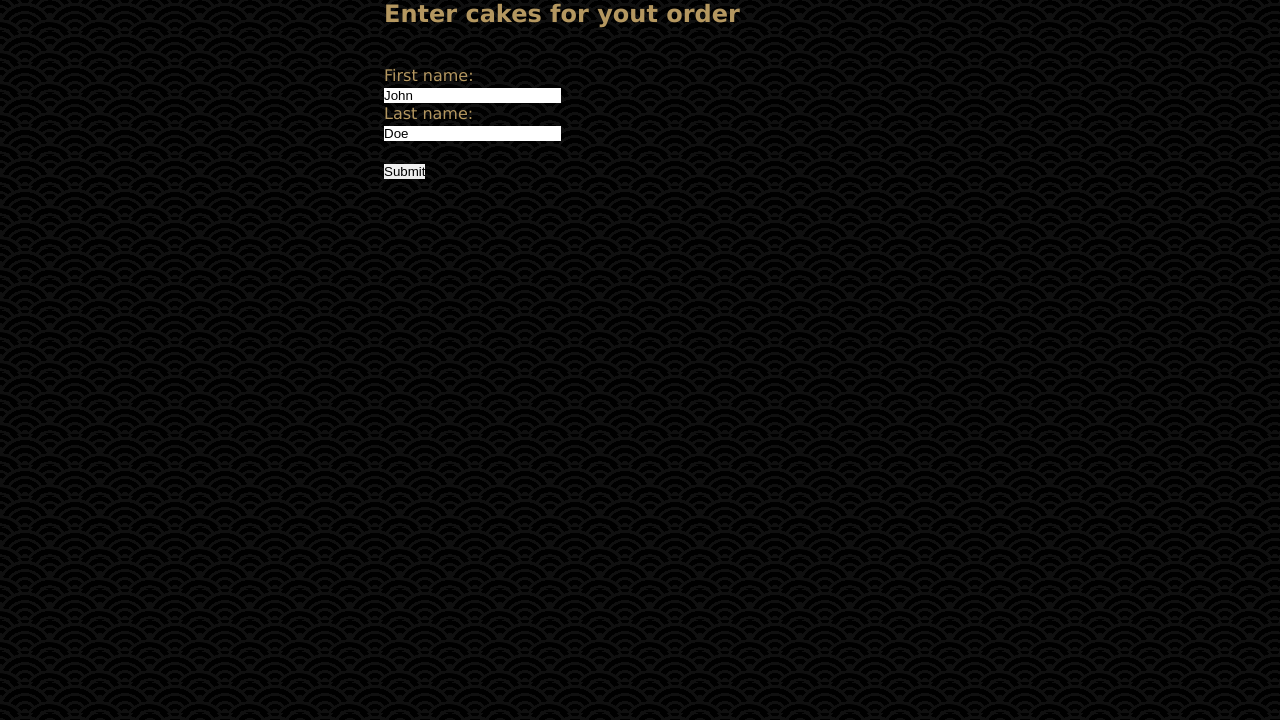
Repository: roge64/htmlfrontend
Page: orders.html
These files come from the project's save history. The page is drawn as it stood at one moment and after the next save; the edit follows.
The browser window is 1280 px wide. The pictures show the whole page.

Above is the page before, as saved 2022-03-04 14:59:54.

After the next save:
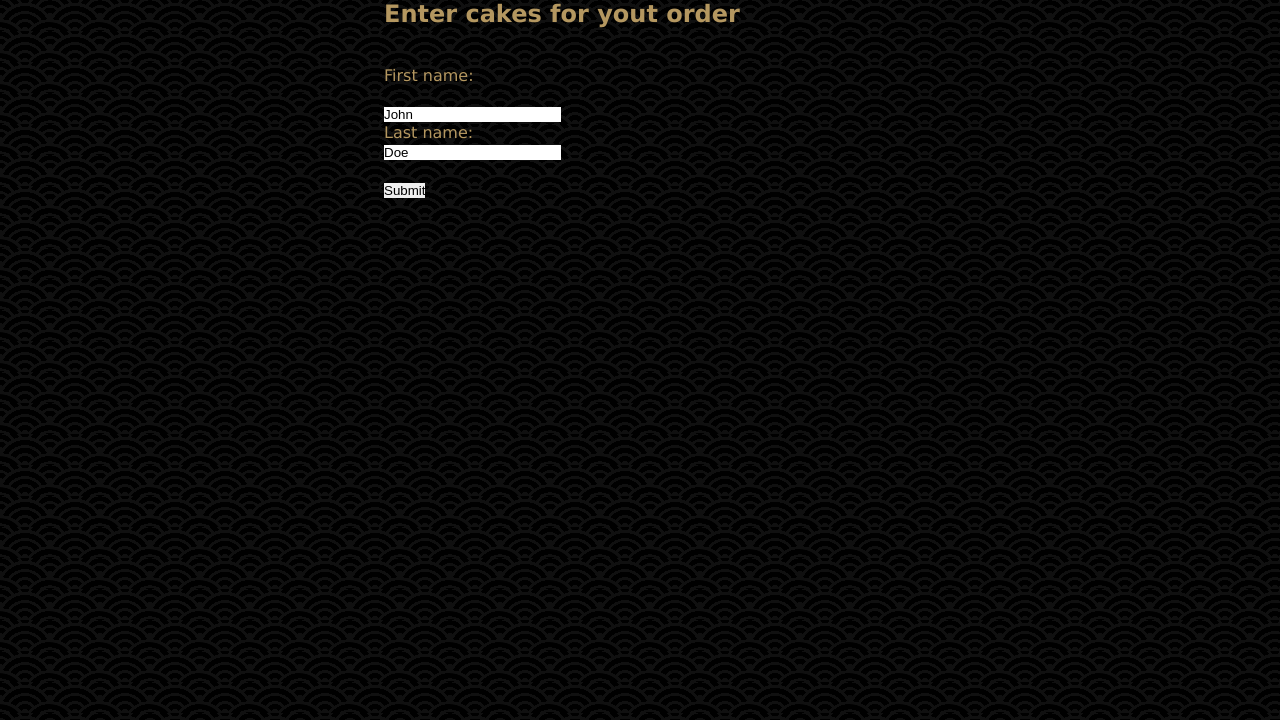
Saved 27 s later.
--- a/orders.html
+++ b/orders.html
@@ -15,7 +15,8 @@
 
     <form action="/action_page.php" style="color:#b49760">
       <label for="fname">First name:</label>
-      <br>
+      <br></br>
+
       <input type="text" id="fname" name="fname" value="John">
       <br>
       <label for="lname">Last name:</label>

After the save that followed:
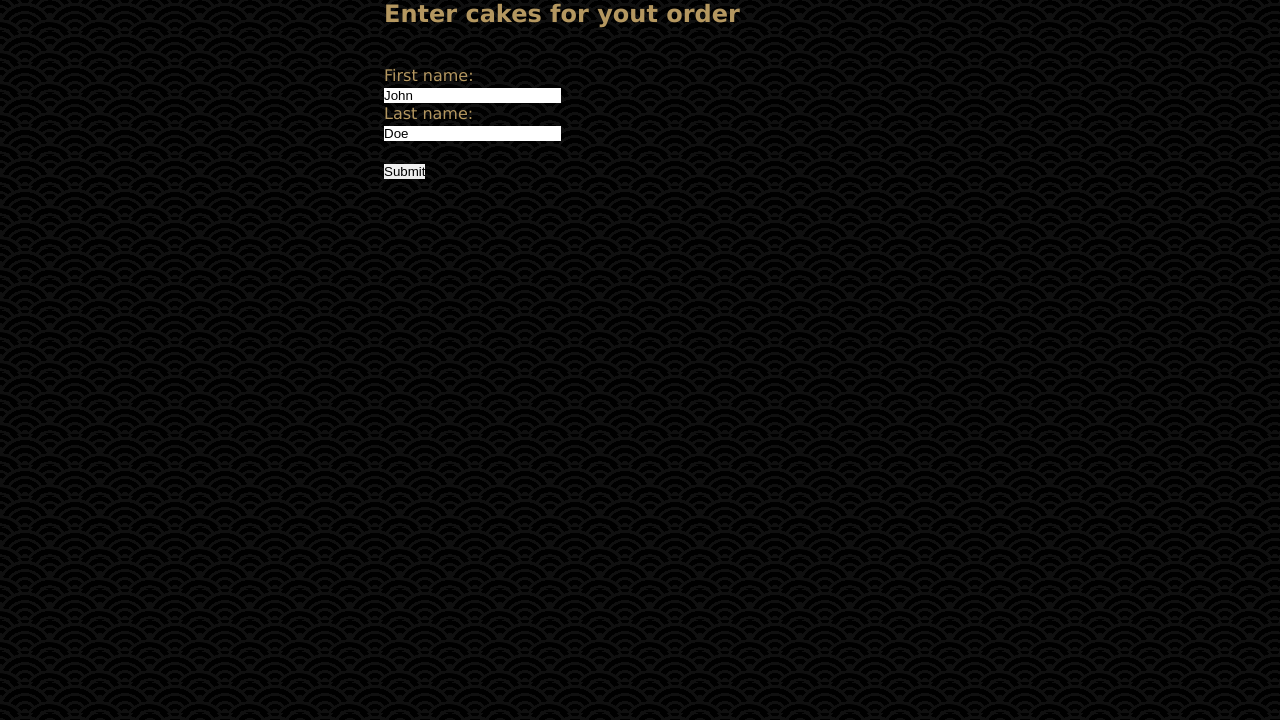
Saved 4 s later.
--- a/orders.html
+++ b/orders.html
@@ -15,8 +15,7 @@
 
     <form action="/action_page.php" style="color:#b49760">
       <label for="fname">First name:</label>
-      <br></br>
-
+      <br>
       <input type="text" id="fname" name="fname" value="John">
       <br>
       <label for="lname">Last name:</label>
